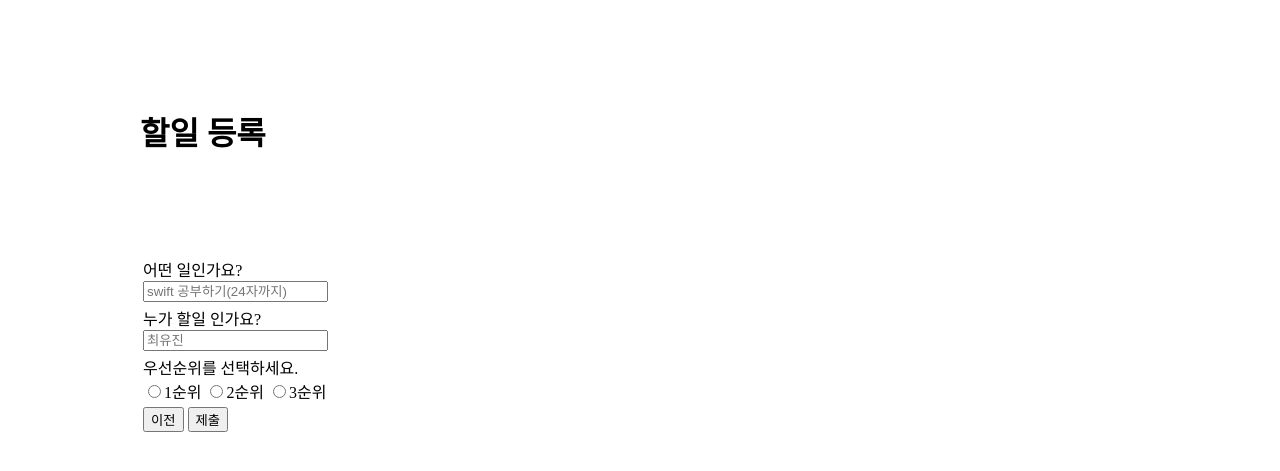
Repository: estellechoi/jsp-project-todo
Page: http://localhost/todo/jsp/form.jsp
An editor plug-in stored every save of this project. The page is shown before and after the next save, followed by the edit.
The browser window is 1280 px wide. The pictures show the whole page.
The page is served by Tomcat 9.

Above is the page before, as saved 2019-12-08 06:54:45.

After the next save:
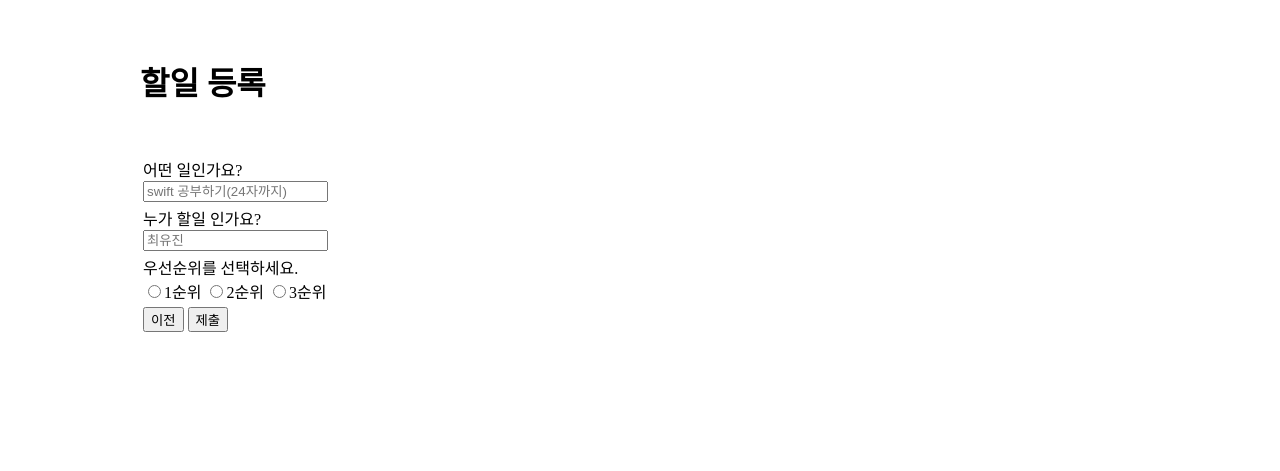
Saved 11 s later.
--- a/todo/src/main/webapp/jsp/form.jsp
+++ b/todo/src/main/webapp/jsp/form.jsp
@@ -12,8 +12,8 @@
 	}
 
 	h1 {
-		padding-top: 100px;
-		padding-bottom: 100px;
+		padding-top: 50px;
+		padding-bottom: 50px;
 	}
 </style>
 </head>
